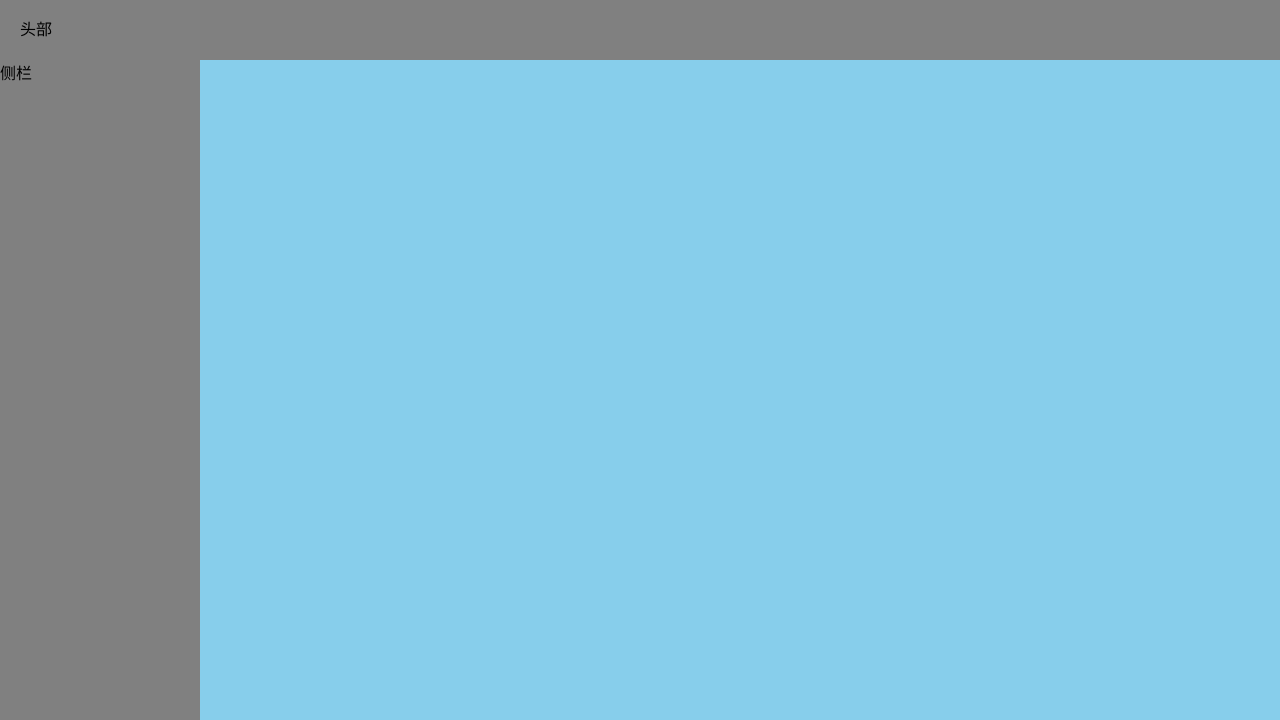
Repository: heyegang/vuex
Page: /
These files come from the project's save history. The page is drawn as it stood at one moment and after the next save; the edit follows.
The browser window is 1280 px wide. The pictures show the whole page.
The project was rebuilt for these pictures with package versions that can differ from the ones it lists, and the page was loaded fresh each time. Also part of the build but not shown: vue.config.js.

Above is the page before, as saved 2021-01-06 09:43:28.

After the next save:
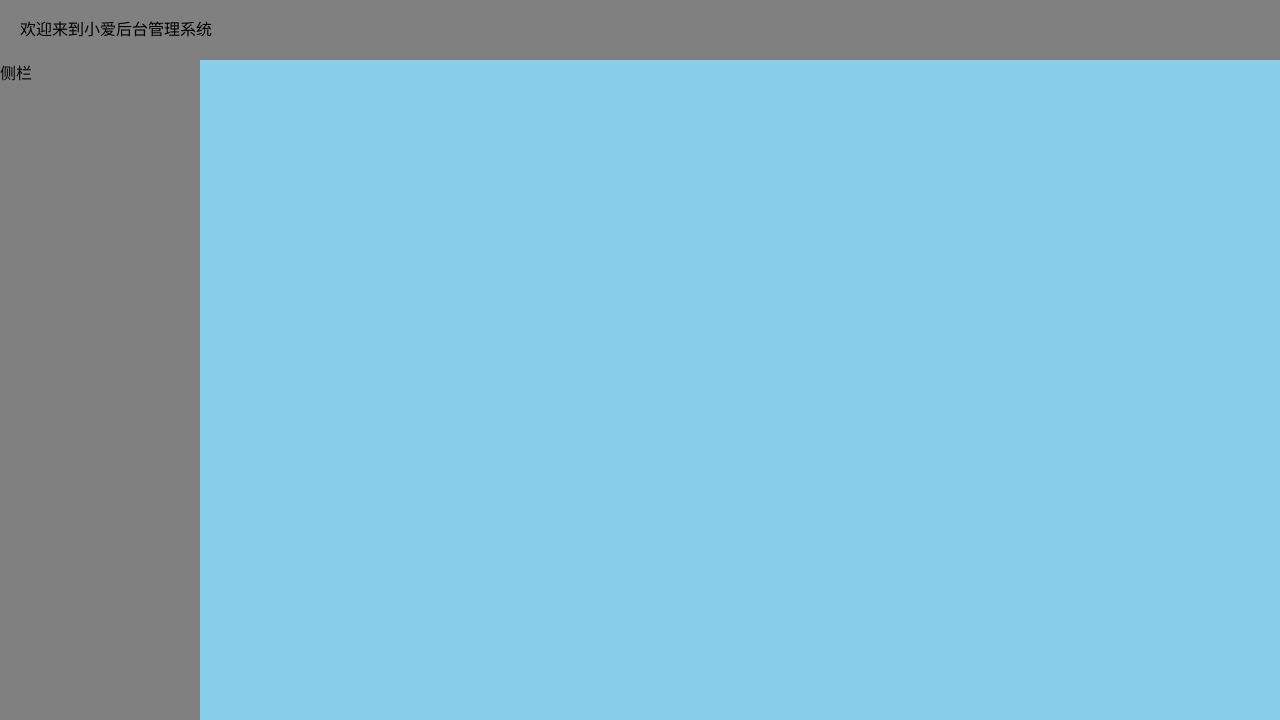
Saved 55 min 15 s later.
--- a/src/components/navheader/NavHeader.vue
+++ b/src/components/navheader/NavHeader.vue
@@ -1,6 +1,14 @@
 <template>
   <div>
-      头部
+      <div>
+          欢迎来到小爱后台管理系统
+      </div>
+      <div>
+          {{nowDate}}{{nowWeek}}{{nowTime}}
+      </div>
+      <div>
+
+      </div>
   </div>
 </template>
 
@@ -10,13 +18,71 @@ export default {
   props:{},
   data () {
     return {
+      nowDate: "",    // 当前日期
+      nowTime: "",    // 当前时间
+      nowWeek: ""     // 当前星期
     }
   },
   components: {},
-  methods: {},
-  mounted() {},
+  methods: {
+      dealWithTime(data) { // 获取当前时间
+      let formatDateTime;
+      let Y = data.getFullYear();
+      let M = data.getMonth() + 1;
+      let D = data.getDate();
+      let H = data.getHours();
+      let Min = data.getMinutes();
+      let S = data.getSeconds();
+      let W = data.getDay();
+      H = H < 10 ? "0" + H : H;
+      Min = Min < 10 ? "0" + Min : Min;
+      S = S < 10 ? "0" + S : S;
+      switch (W) {
+        case 0:
+          W = "日";
+          break;
+        case 1:
+          W = "一";
+          break;
+        case 2:
+          W = "二";
+          break;
+        case 3:
+          W = "三";
+          break;
+        case 4:
+          W = "四";
+          break;
+        case 5:
+          W = "五";
+          break;
+        case 6:
+          W = "六";
+          break;
+        default:
+          break;
+      }
+      this.nowDate = Y + "年" + M + "月" + D + "日 ";
+      this.nowWeek = "周" + W ;
+      this.nowTime = H + ":" + Min + ":" + S;
+      // formatDateTime = Y + "年" + M + "月" + D + "日 " + " 周" +W + H + ":" + Min + ":" + S;
+    },
+  },
+  mounted() {
+      // 页面加载完后显示当前时间
+    this.dealWithTime(new Date())
+    // 定时刷新时间
+    this.timer = setInterval(()=> {
+       this.dealWithTime(new Date()) // 修改数据date
+    }, 500)
+  },
   computed: {},
-  watch: {}
+  watch: {},
+  destroyed() {
+  if (this.timer) { // 注意在vue实例销毁前，清除我们的定时器
+   clearInterval(this.timer);
+  }
+ },
 }
 </script>
 
